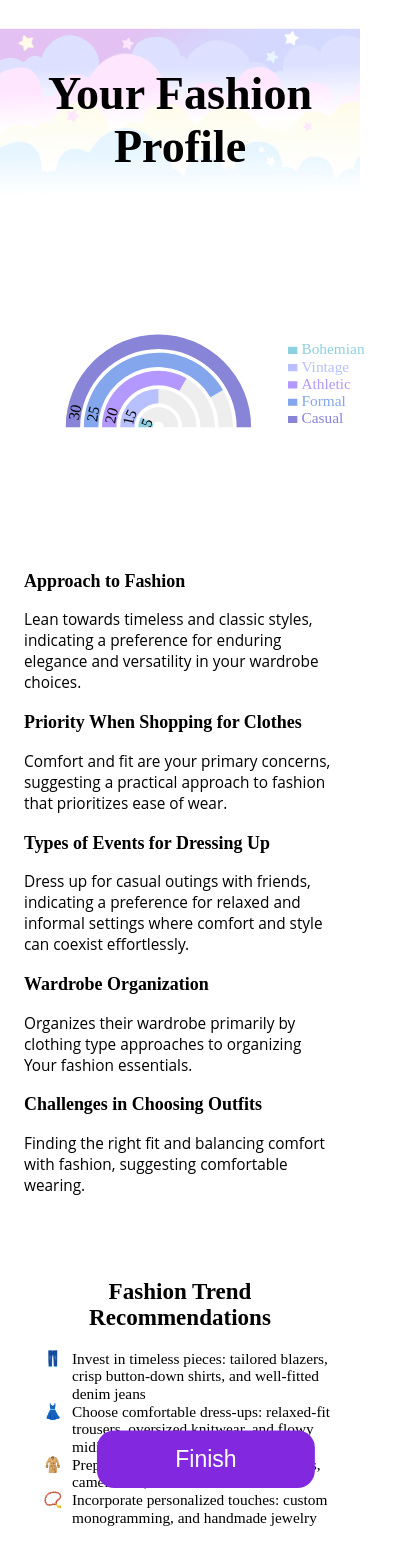
Repository: navnneett/clotho
Page: /QuizQuestions/Chart
An editor plug-in stored every save of this project. The page is shown before and after the next save, followed by the edit.
The browser window is 375 px wide. The page is 425 px wide, then 413 px, so the pictures cover 425 px, including what lies to the right of the window. The pictures show the whole page, at 96% of full size.
The project was rebuilt for these pictures with package versions that can differ from the ones it lists, and the page was loaded fresh each time. The framework's server and built-in components were replaced by stand-ins that run in the browser. Also part of the build but not shown: next.config.js, next.config.mjs.

Above is the page before, as saved 2024-04-07 11:33:32.

### pages/QuizQuestions/Chart.js
import styles from "../../styles/Chart.module.css";
import React, { useEffect, useState } from "react";
import { RadialBarChart, RadialBar, Legend, Tooltip } from "recharts";
import Button from "@/components/Button";
import Link from "next/link";


export default function Chart() {

    const [isClient, setIsClient] = useState(false)

    useEffect(() => {
        setIsClient(true)
    }, [])

    const data = [
        {
            "name": "Bohemian",
            "uv": 5,
            "pv": 5,
            "fill": "var(--chart-color-cyan)"
        },
        {
            "name": "Vintage",
            "uv": 15,
            "pv": 15,
            "fill": "var(--chart-color-light-purple)"
        },
        {
            "name": "Athletic",
            "uv": 20,
            "pv": 20,
            "fill": "var(--chart-color-bright-purple)"
        },
        {
            "name": "Formal",
            "uv": 25,
            "pv": 25,
            "fill": "var(--chart-color-blue)"
        },
        {
            "name": "Casual",
            "uv": 30,
            "pv": 30,
            "fill": "var(--chart-color-purple)"
        },
    ]

    return(
        <>
        <div className={styles.mainContainer}>

            <h1 className={styles.title}>Your Fashion Profile</h1>

            <div className={styles.contentContainer}>

            <div className={styles.questionAnalysis}>
                <div className={styles.chart}>
                    {isClient ?
                        <RadialBarChart
                            width={400}
                            height={300}
                            innerRadius="10%"
                            outerRadius="80%"
                            data={data}
                            startAngle={180}
                            endAngle={0}
                            cx={140}
                            cy={170}
                            >
                        <RadialBar minAngle={15} label={{ fill: 'var(--button-linear-light)', position: 'insideStart' }} background clockWise={true} dataKey='uv' />
                        <Legend iconSize={10} width={120} height={140} layout='vertical' verticalAlign='middle' align="right"/>
                        <Tooltip/>
                    </RadialBarChart> : <></>}
                </div>
                <div className={styles.mainContents}>
                    <h3 className={styles.analysisTitle}>Approach to Fashion</h3>
                    <p className={styles.analysisContent}>Lean towards timeless and classic styles, indicating a preference for enduring elegance and versatility in your wardrobe choices.</p>
                    <h3 className={styles.analysisTitle}>Priority When Shopping for Clothes</h3>
                    <p className={styles.analysisContent}>Comfort and fit are your primary concerns, suggesting a practical approach to fashion that prioritizes ease of wear.</p>
                    <h3 className={styles.analysisTitle}>Types of Events for Dressing Up</h3>
                    <p className={styles.analysisContent}>Dress up for casual outings with friends, indicating a preference for relaxed and informal settings where comfort and style can coexist effortlessly.</p>
                    <h3 className={styles.analysisTitle}>Wardrobe Organization</h3>
                    <p className={styles.analysisContent}>Organizes their wardrobe primarily by clothing type approaches to organizing Your fashion essentials.</p>
                    <h3 className={styles.analysisTitle}>Challenges in Choosing Outfits</h3>
                    <p className={styles.analysisContent}>Finding the right fit and balancing comfort with fashion, suggesting comfortable wearing.</p>
                </div>
            </div>
            <div className={styles.questionAnalysis}>
                <h2 className={styles.subTitle} id="space">Fashion Trend Recommendations</h2>
                <ul analysisContent>
                    <li className={styles.bulletPointJean}>Invest in timeless pieces: tailored blazers, crisp button-down shirts, and well-fitted denim jeans</li>
                    <li className={styles.bulletPointDress}>Choose comfortable dress-ups: relaxed-fit trousers, oversized knitwear, and flowy midi dresses</li>
                    <li className={styles.bulletPointTShirt}>Prepare versatile essentials: striped tops, camel coats, and black ankle boots</li>
                    <li className={styles.bulletPointShoes}>Incorporate personalized touches: custom monogramming, and handmade jewelry</li>
                </ul>
            </div>
            <div className={styles.buttonPosition}>
            <Link href={'/'}>
                <Button title="Finish" />
            </Link>
            </div>
            </div>
            </div>
        </>
    )
}

### styles/globals.css
:root {

    --transparency: rgba(0, 0, 0, 0);
    --gray: rgb(119, 119, 119);
    --red: rgb(201, 8, 8);

    --large: 21px;
    --medium: 18px;
    --small: 16px;
    --logo: 25px;

    --button-linear-light: 45deg, rgba(221, 184, 255, 0.8), rgba(214, 239, 255, 0.8);
    --button-outline-light: 2px solid #B8C0FF;
    --button-highlight-light: #8229E0;
    --black: black;
    --white: white;
    --light-gray: #B3B3B3;

    --chart-color-purple: #8884d8;
    --chart-color-blue: #83a6ed;
    --chart-color-cyan: #8dd1e1;
    --chart-color-bright-purple: #b399ff;
    --chart-color-light-purple: #b8c0ff;



    /* Text styles */
    --open-sans-text: 'Open Sans', sans-serif;
    --open-sans-weight: 500;
    --open-sans-size: 1.7rem;

    --roboto-slab-text: 'Roboto Slab', serif;
    --roboto-slab-weight: 600;
    --roboto-slab-size: 3rem;
}

html,
body {
    margin: 0;
    padding: 0;
}

### styles/Chart.module.css
@media (max-width: 430px) {

.mainContainer {
    height: 100vh;
    background-image: url('/images/quiz/Light Mode Low Opacity.png');
    background-size: cover;
    background-position: center;
    padding-top: 0 !important;
}

.questionAnalysis {
    padding: 25px;
}

.title {
    font-family: var(--roboto-slab-text);
    font-weight: var(--roboto-slab-weight);
    font-size: var(--roboto-slab-size);
    color: var(--black);
    padding: 40px 10px;
    margin: 30px 20px;
    text-align: center;
}

.subTitle {
    font-family: var(--roboto-slab-text);
    text-align: center;
}

.analysisTitle {
    font-family: var(--roboto-slab-text);
}

.analysisContent {
    font-family: var(--open-sans-text);
}

.bulletPointJean {
    list-style-type: '👖';
    padding-left: 10px;
}

.bulletPointDress {
    list-style-type: '👗';
    padding-left: 10px;
}

.bulletPointTShirt {
    list-style-type: '🧥';
    padding-left: 10px;
}

.bulletPointShoes {
    list-style-type: '📿';
    padding-left: 10px;
}

.buttonPosition {
    position: absolute;
    bottom: calc(100vh - 1550px);
    left: 101px;
}
}

### components/Button/index.js
import styles from './Button.module.css'

export default function Button({
    title = "test",
    onClick = () => {}
}) {
    return (
        <button className={styles.button} onClick={onClick}>
            {title}
        </button>
    )
}

### components/Button/Button.module.css
.button {
    width: 227px;
    height: 60px;
    padding: 0;
    font-size: 24px;
    background-color: var(--button-highlight-light);
    color: var(--white);
    border: none;
    border-radius: 18px;
    cursor: pointer;
}

.button:hover {
    background-color: rgb(189, 43, 226);
}

Loaded but not shown: pages/_app.js (common file); pages/_document.js (common file)

After the next save:
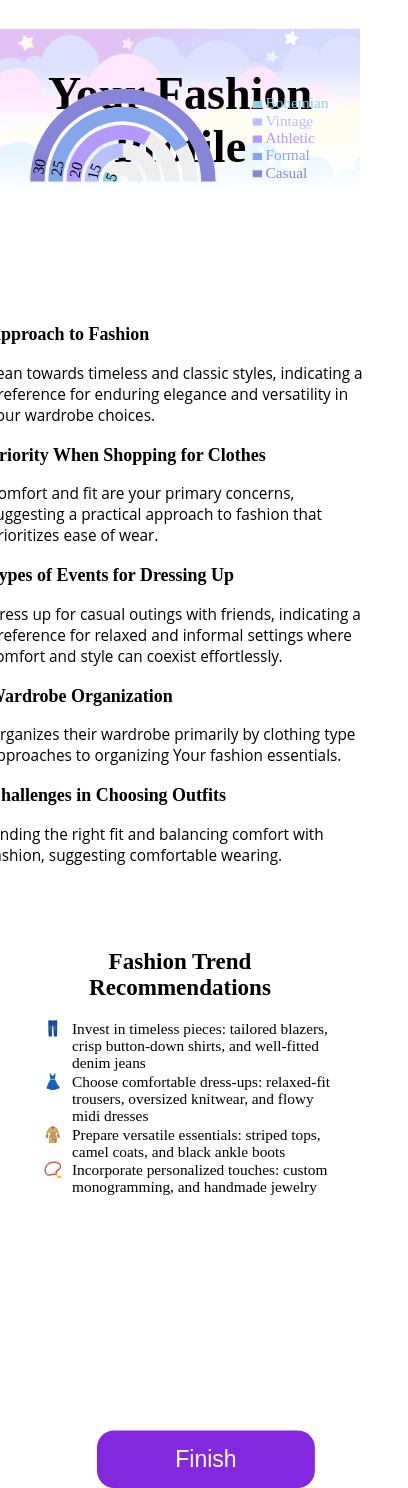
Saved 75 s later.
--- a/styles/Chart.module.css
+++ b/styles/Chart.module.css
@@ -6,6 +6,15 @@
     background-size: cover;
     background-position: center;
     padding-top: 0 !important;
+}
+
+.contentContainer {
+    display: flex;
+    flex-direction: column;
+    align-items: center;
+    justify-content: center;
+    height: calc(100vh - 20px);
+    padding-bottom: 20px;
 }
 
 .questionAnalysis {
